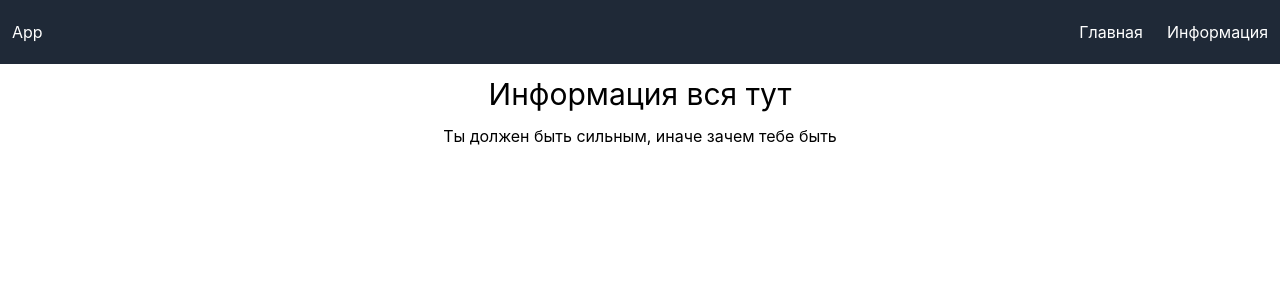
Repository: VachArt/react-exam-work
Page: /about
These files come from the project's save history. The page is drawn as it stood at one moment and after the next save; the edit follows.
The browser window is 1280 px wide. The pictures show the whole page.
The project was rebuilt for these pictures with package versions that can differ from the ones it lists, and the page was loaded fresh each time. Also part of the build but not shown: src/components/pages/Home/item/Check.jsx, src/components/pages/Home/item/TodoItem.jsx, src/components/pages/Home/create-todo-field/CreateTodoField.jsx, src/components/pages/Home/Home.jsx.

Above is the page before, as saved 2022-04-27 23:46:30.

After the next save:
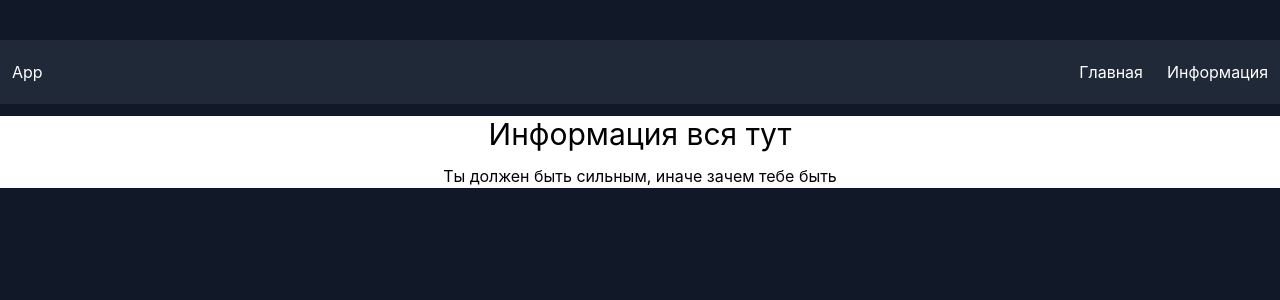
Saved 76 s later.
--- a/src/App.jsx
+++ b/src/App.jsx
@@ -3,6 +3,7 @@ import {BrowserRouter, Route, Routes} from 'react-router-dom'
 import { Navbar } from './components/pages/Home/Navbar'
 import { Home } from './components/pages/Home/Home'
 import { About } from './components/pages/About/About'
+import Layout from './components/layout/Layout'
 
 
 
@@ -10,15 +11,17 @@ import { About } from './components/pages/About/About'
 
 function App() {
     return (
-            <BrowserRouter className='bg-gray-900'>
-                <Navbar />
-                    <div>
-                        <Routes>
-                            <Route path='/' exact element={<Home />} />
-                            <Route path='/about' element={<About />} />
-                        </Routes>
-                    </div>
-            </BrowserRouter>
+            <Layout>
+                <BrowserRouter>
+                    <Navbar />
+                        <div>
+                            <Routes>
+                                <Route path='/' exact element={<Home />} />
+                                <Route path='/about' element={<About />} />
+                            </Routes>
+                        </div>
+                </BrowserRouter>
+            </Layout>
     )
 }
 
